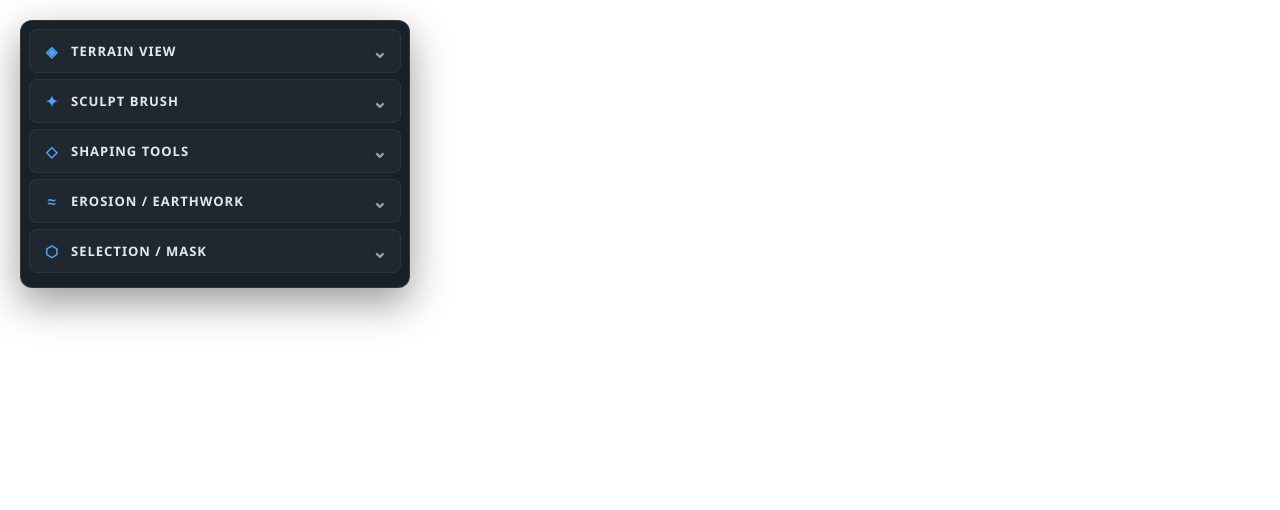
Repository: Harsimar8/tool
Page: index.html
An editor plug-in stored every save of this project. The page is shown before and after the next save, followed by the edit.
The browser window is 1280 px wide. The pictures show the whole page.
After loading, the first visible `div.section-title` was clicked once.

Above is the page before, as saved 2026-08-17 15:48:19.
Console error: TypeError: Cannot read properties of null (reading 'addEventListener')

### index.html
<!DOCTYPE html>
<html lang="en">

<head>
    <meta charset="UTF-8">
    <meta name="viewport" content="width=device-width, initial-scale=1.0">

    <title>Terrain Controls</title>

    <link rel="stylesheet" href="style.css">
</head>

<body>

    <!-- =========================================
         TERRAIN CONTROL PANEL
    ========================================== -->

    <aside class="terrain-panel">

        <div id="panelContent">


            <!-- =========================================
                 TERRAIN VIEW
            ========================================== -->

            <section class="control-section">

                <div
                    class="section-title"
                    onclick="toggleSection(this)"
                >

                    <div class="section-title-left">

                        <span class="section-icon">◈</span>

                        <span>TERRAIN VIEW</span>

                    </div>

                    <span class="arrow">⌄</span>

                </div>


                <div class="section-content">

                    <div class="button-grid">

                        <button class="control-btn">
                            <span>Exaggerate</span>
                            <strong>1.0×</strong>
                        </button>

                        <button class="control-btn">
                            Elevation colours
                        </button>

                        <button class="control-btn">
                            Slope shading
                        </button>

                        <button class="control-btn">
                            Contours
                        </button>

                        <button class="control-btn">
                            Water level
                        </button>

                    </div>

                </div>

            </section>


            <!-- =========================================
                 SCULPT BRUSH
            ========================================== -->

            <section class="control-section">

                <div
                    class="section-title"
                    onclick="toggleSection(this)"
                >

                    <div class="section-title-left">

                        <span class="section-icon">✦</span>

                        <span>SCULPT BRUSH</span>

                    </div>

                    <span class="arrow">⌄</span>

                </div>


                <div class="section-content">


                    <div class="button-grid">

                        <button class="control-btn">
                            Modify terrain
                        </button>

                        <button class="control-btn active">
                            Brush: RAISE
                        </button>

                    </div>


                    <!-- Radius -->

                    <div class="control-row">

                        <div class="control-label">

                            <span>Radius</span>

                            <strong id="radiusValue">
                                1500 m
                            </strong>

                        </div>

                        <div class="stepper">

                            <button onclick="changeRadius(-100)">
                                −
                            </button>

                            <button onclick="changeRadius(100)">
                                +
                            </button>

                        </div>

                    </div>


                    <!-- Power -->

                    <div class="control-row">

                        <div class="control-label">

                            <span>Power</span>

                            <strong id="powerValue">
                                2.0 m
                            </strong>

                        </div>

                        <div class="stepper">

                            <button onclick="changePower(-0.5)">
                                −
                            </button>

                            <button onclick="changePower(0.5)">
                                +
                            </button>

                        </div>

                    </div>


                    <!-- Max Height -->

                    <div class="control-row">

                        <div class="control-label">

                            <span>Max ht</span>

                            <strong id="maxHeightValue">
                                499 m
                            </strong>

                        </div>

                        <div class="stepper">

                            <button onclick="changeMaxHeight(-1)">
                                −
                            </button>

                            <button onclick="changeMaxHeight(1)">
                                +
                            </button>

                        </div>

                    </div>


                    <!-- Undo / Redo -->

                    <div class="button-grid">

                        <button class="control-btn">
                            ↶ &nbsp; Undo
                        </button>

                        <button class="control-btn">
                            ↷ &nbsp; Redo
                        </button>

                        <button class="control-btn danger">
                            Reset
                        </button>

                    </div>

                </div>

            </section>


            <!-- =========================================
                 SHAPING TOOLS
            ========================================== -->

            <section class="control-section">

                <div
                    class="section-title"
                    onclick="toggleSection(this)"
                >

                    <div class="section-title-left">

                        <span class="section-icon">◇</span>

                        <span>SHAPING TOOLS</span>

                    </div>

                    <span class="arrow">⌄</span>

                </div>


                <div class="section-content">


                    <div class="button-grid">

                        <button class="control-btn">
                            Grade path: ROAD
                        </button>

                        <button class="control-btn">
                            Grade flatten
                        </button>

                    </div>


                    <!-- Path Width -->

                    <div class="input-control">

                        <label>
                            Path width (m)
                        </label>

                        <div class="input-stepper">

                            <input
                                type="number"
                                id="pathWidth"
                                value="500"
                            >

                            <button
                                onclick="changeInput('pathWidth', -10)"
                            >
                                −
                            </button>

                            <button
                                onclick="changeInput('pathWidth', 10)"
                            >
                                +
                            </button>

                        </div>

                    </div>


                    <!-- Dig Depth -->

                    <div class="input-control">

                        <label>
                            Dig depth (m, +down)
                        </label>

                        <div class="input-stepper">

                            <input
                                type="number"
                                id="digDepth"
                                value="0"
                            >

                            <button
                                onclick="changeInput('digDepth', -1)"
                            >
                                −
                            </button>

                            <button
                                onclick="changeInput('digDepth', 1)"
                            >
                                +
                            </button>

                        </div>

                    </div>


                    <div class="button-grid">

                        <button class="control-btn">
                            Stamp: DOME
                        </button>

                        <button class="control-btn">
                            Cross-section
                        </button>

                        <button class="control-btn">
                            Region offset
                        </button>

                        <button class="control-btn">
                            Rgn up
                        </button>

                        <button class="control-btn">
                            Rgn dn
                        </button>

                    </div>

                </div>

            </section>


            <!-- =========================================
                 EROSION / EARTHWORK
            ========================================== -->

            <section class="control-section">

                <div
                    class="section-title"
                    onclick="toggleSection(this)"
                >

                    <div class="section-title-left">

                        <span class="section-icon">≈</span>

                        <span>EROSION / EARTHWORK</span>

                    </div>

                    <span class="arrow">⌄</span>

                </div>


                <div class="section-content">

                    <div class="button-grid">

                        <button class="control-btn">
                            Erode (water)
                        </button>

                        <button class="control-btn">
                            Talus
                        </button>

                        <button class="control-btn">
                            Balance cut/fill
                        </button>

                    </div>

                </div>

            </section>


            <!-- =========================================
                 SELECTION / MASK
            ========================================== -->

            <section class="control-section">

                <div
                    class="section-title"
                    onclick="toggleSection(this)"
                >

                    <div class="section-title-left">

                        <span class="section-icon">⬡</span>

                        <span>SELECTION / MASK</span>

                    </div>

                    <span class="arrow">⌄</span>

                </div>


                <div class="section-content">

                    <div class="button-grid">

                        <button class="control-btn">
                            Polygon select
                        </button>

                        <button
                            class="control-btn mask-btn"
                            id="maskButton"
                            onclick="toggleMask(event)"
                        >
                            Mask: OFF
                        </button>

                    </div>

                </div>

            </section>


        </div>

    </aside>


    <script src="script.js"></script>

</body>

</html>

### style.css
* {
    box-sizing: border-box;
    margin: 0;
    padding: 0;
}


:root {

    --panel-bg: rgba(15, 23, 32, 0.96);

    --section-bg: rgba(255, 255, 255, 0.035);

    --button-bg: rgba(255, 255, 255, 0.075);

    --button-hover: rgba(255, 255, 255, 0.14);

    --border: rgba(255, 255, 255, 0.10);

    --accent: #4da3ff;

    --text: #f1f5f9;

    --muted: #94a3b8;
}


/* =========================================
   PAGE
========================================= */

body {

    width: 100%;
    height: 100vh;

    overflow: hidden;

    font-family:
        "Segoe UI",
        Arial,
        sans-serif;

    color: var(--text);

    background: transparent;
}


/* =========================================
   TERRAIN PANEL
========================================= */

.terrain-panel {

    position: absolute;

    left: 20px;
    top: 20px;

    width: 390px;

    max-height: calc(100vh - 40px);

    overflow-y: auto;

    padding: 8px;

    background: var(--panel-bg);

    border: 1px solid var(--border);

    border-radius: 12px;

    box-shadow:
        0 15px 40px rgba(0, 0, 0, 0.40);

    backdrop-filter: blur(12px);

    -webkit-backdrop-filter: blur(12px);

    scrollbar-width: thin;
}


/* =========================================
   SCROLLBAR
========================================= */

.terrain-panel::-webkit-scrollbar {
    width: 5px;
}

.terrain-panel::-webkit-scrollbar-thumb {

    background: rgba(255, 255, 255, 0.20);

    border-radius: 10px;
}


/* =========================================
   SECTION
========================================= */

.control-section {

    margin-bottom: 6px;

    background: var(--section-bg);

    border: 1px solid rgba(255,255,255,0.055);

    border-radius: 8px;

    overflow: hidden;
}


/* =========================================
   SECTION HEADER
========================================= */

.section-title {

    display: flex;

    align-items: center;

    justify-content: space-between;

    width: 100%;

    min-height: 42px;

    padding: 10px 12px;

    cursor: pointer;

    user-select: none;

    font-size: 13px;

    font-weight: 700;

    letter-spacing: 1px;

    color: #e2e8f0;

    transition:
        background 0.18s ease,
        color 0.18s ease;
}


.section-title:hover {

    background: rgba(255,255,255,0.07);

    color: white;
}


.section-title-left {

    display: flex;

    align-items: center;

    gap: 9px;
}


.section-icon {

    display: flex;

    align-items: center;

    justify-content: center;

    width: 20px;

    color: var(--accent);

    font-size: 15px;
}


/* =========================================
   ARROW
========================================= */

.arrow {

    color: #94a3b8;

    font-size: 18px;

    line-height: 1;

    transition:
        transform 0.25s ease,
        color 0.2s ease;
}


.control-section.open .arrow {

    transform: rotate(180deg);

    color: var(--accent);
}


/* =========================================
   DROPDOWN CONTENT
========================================= */

.section-content {

    display: none;

    padding: 0 10px 10px 10px;

    animation: dropdown 0.2s ease;
}


.control-section.open .section-content {

    display: block;
}


@keyframes dropdown {

    from {

        opacity: 0;

        transform: translateY(-5px);
    }

    to {

        opacity: 1;

        transform: translateY(0);
    }
}


/* =========================================
   BUTTON GRID
========================================= */

.button-grid {

    display: grid;

    grid-template-columns: 1fr 1fr;

    gap: 7px;

    margin-bottom: 7px;
}


/* =========================================
   BUTTON
========================================= */

.control-btn {

    min-height: 38px;

    padding: 8px 10px;

    border: 1px solid rgba(255,255,255,0.09);

    border-radius: 7px;

    background: var(--button-bg);

    color: #e5e7eb;

    font-size: 13px;

    font-weight: 500;

    cursor: pointer;

    transition:
        background 0.18s ease,
        border 0.18s ease,
        transform 0.12s ease;
}


.control-btn:hover {

    background: var(--button-hover);

    border-color: rgba(77,163,255,0.45);

    color: white;

    transform: translateY(-1px);
}


.control-btn:active {

    transform: translateY(1px);
}


/* =========================================
   ACTIVE BUTTON
========================================= */

.control-btn.active {

    background:
        linear-gradient(
            135deg,
            rgba(77,163,255,0.28),
            rgba(77,163,255,0.10)
        );

    border-color: rgba(77,163,255,0.55);

    color: #73b7ff;
}


/* =========================================
   DANGER
========================================= */

.control-btn.danger:hover {

    background: rgba(239,68,68,0.16);

    border-color: rgba(239,68,68,0.45);

    color: #fecaca;
}


/* =========================================
   CONTROL ROW
========================================= */

.control-row {

    display: flex;

    align-items: center;

    justify-content: space-between;

    min-height: 42px;

    margin-bottom: 6px;

    padding: 7px 8px;

    background: rgba(0,0,0,0.15);

    border-radius: 7px;
}


.control-label {

    display: flex;

    flex-direction: column;

    gap: 2px;

    font-size: 12px;

    color: var(--muted);
}


.control-label strong {

    font-size: 13px;

    color: white;
}


/* =========================================
   STEPPER
========================================= */

.stepper {

    display: flex;

    gap: 5px;
}


.stepper button {

    width: 34px;

    height: 32px;

    border: 1px solid rgba(255,255,255,0.10);

    border-radius: 6px;

    background: rgba(255,255,255,0.08);

    color: white;

    font-size: 17px;

    cursor: pointer;

    transition: 0.15s;
}


.stepper button:hover {

    background: var(--accent);

    border-color: var(--accent);
}


/* =========================================
   INPUT
========================================= */

.input-control {

    margin-bottom: 8px;
}


.input-control label {

    display: block;

    margin-bottom: 5px;

    font-size: 11px;

    font-weight: 600;

    color: var(--muted);
}


.input-stepper {

    display: grid;

    grid-template-columns: 1fr 38px 38px;

    gap: 5px;
}


.input-stepper input {

    width: 100%;

    min-height: 36px;

    padding: 7px 10px;

    border: 1px solid rgba(255,255,255,0.10);

    border-radius: 6px;

    outline: none;

    background: rgba(0,0,0,0.25);

    color: white;

    font-size: 13px;
}


.input-stepper input:focus {

    border-color: var(--accent);
}


.input-stepper button {

    border: 1px solid rgba(255,255,255,0.10);

    border-radius: 6px;

    background: rgba(255,255,255,0.08);

    color: white;

    font-size: 17px;

    cursor: pointer;
}


.input-stepper button:hover {

    background: var(--accent);

    border-color: var(--accent);
}


/* =========================================
   MASK
========================================= */

.mask-btn.mask-on {

    background: rgba(34,197,94,0.16);

    border-color: rgba(34,197,94,0.5);

    color: #86efac;
}


/* =========================================
   MOBILE
========================================= */

@media (max-width: 600px) {

    .terrain-panel {

        left: 10px;
        right: 10px;

        top: 10px;

        width: auto;

        max-height: calc(100vh - 20px);
    }

}

### script.js
/* =========================================
   TERRAIN CONTROL STATE
========================================= */

let radius = 1500;
let power = 2.0;
let maxHeight = 499;


/* =========================================
   RADIUS
========================================= */

function changeRadius(amount) {

    radius += amount;

    if (radius < 100) {
        radius = 100;
    }

    if (radius > 10000) {
        radius = 10000;
    }

    document.getElementById("radiusValue").textContent =
        radius + " m";

    console.log("Radius:", radius);
}


/* =========================================
   POWER
========================================= */

function changePower(amount) {

    power += amount;

    if (power < 0) {
        power = 0;
    }

    if (power > 100) {
        power = 100;
    }

    power = Math.round(power * 10) / 10;

    document.getElementById("powerValue").textContent =
        power.toFixed(1) + " m";

    console.log("Power:", power);
}


/* =========================================
   MAX HEIGHT
========================================= */

function changeMaxHeight(amount) {

    maxHeight += amount;

    if (maxHeight < 0) {
        maxHeight = 0;
    }

    if (maxHeight > 10000) {
        maxHeight = 10000;
    }

    document.getElementById("maxHeightValue").textContent =
        maxHeight + " m";

    console.log("Max height:", maxHeight);
}


/* =========================================
   GENERIC INPUT STEPPER
========================================= */

function changeInput(id, amount) {

    const input = document.getElementById(id);

    let value = Number(input.value);

    value += amount;

    if (value < 0) {
        value = 0;
    }

    input.value = value;

    console.log(id, value);
}


/* =========================================
   MASK
========================================= */

function toggleMask() {

    const button = document.getElementById("maskButton");

    const isOn = button.dataset.enabled === "true";

    if (isOn) {

        button.dataset.enabled = "false";

        button.textContent = "Mask: OFF";

        button.classList.remove("mask-on");

        console.log("Mask OFF");

    } else {

        button.dataset.enabled = "true";

        button.textContent = "Mask: ON";

        button.classList.add("mask-on");

        console.log("Mask ON");
    }
}


/* =========================================
   COLLAPSE PANEL
========================================= */

const collapseBtn =
    document.getElementById("collapseBtn");

const panelContent =
    document.getElementById("panelContent");


collapseBtn.addEventListener("click", () => {

    const collapsed =
        panelContent.style.display === "none";

    if (collapsed) {

        panelContent.style.display = "block";

        collapseBtn.textContent = "−";

    } else {

        panelContent.style.display = "none";

        collapseBtn.textContent = "+";
    }

});


/* =========================================
   BUTTON CLICK HANDLING
========================================= */

document.querySelectorAll(".control-btn").forEach(button => {

    button.addEventListener("click", function () {

        const text = this.innerText.trim();

        console.log("Terrain control:", text);

        /*
         * Later you can connect each button
         * directly to your Cesium functions here.
         *
         * Example:
         *
         * if (text === "Elevation colours") {
         *     enableElevationColours();
         * }
         */

    });

});

After the next save:
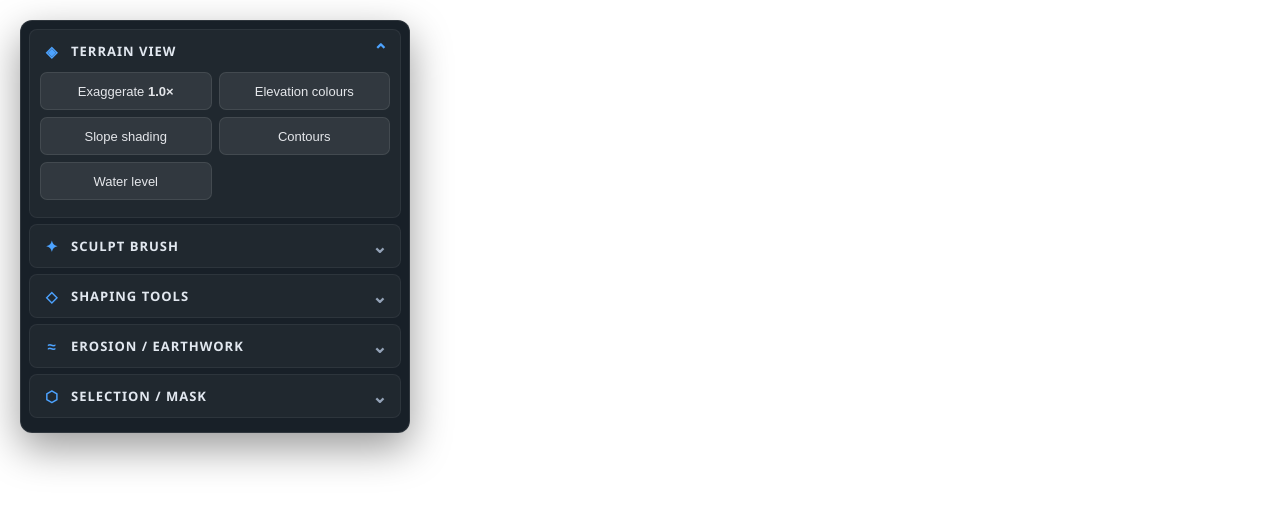
The error is gone.
Saved 23 s later.
--- a/script.js
+++ b/script.js
@@ -1,9 +1,24 @@
 /* =========================================
-   TERRAIN CONTROL STATE
+   COLLAPSIBLE SECTIONS
+========================================= */
+
+function toggleSection(header) {
+
+    const section = header.parentElement;
+
+    section.classList.toggle("open");
+
+}
+
+
+/* =========================================
+   TERRAIN VALUES
 ========================================= */
 
 let radius = 1500;
+
 let power = 2.0;
+
 let maxHeight = 499;
 
 
@@ -26,7 +41,6 @@ function changeRadius(amount) {
     document.getElementById("radiusValue").textContent =
         radius + " m";
 
-    console.log("Radius:", radius);
 }
 
 
@@ -51,7 +65,6 @@ function changePower(amount) {
     document.getElementById("powerValue").textContent =
         power.toFixed(1) + " m";
 
-    console.log("Power:", power);
 }
 
 
@@ -74,12 +87,11 @@ function changeMaxHeight(amount) {
     document.getElementById("maxHeightValue").textContent =
         maxHeight + " m";
 
-    console.log("Max height:", maxHeight);
 }
 
 
 /* =========================================
-   GENERIC INPUT STEPPER
+   INPUT STEPPER
 ========================================= */
 
 function changeInput(id, amount) {
@@ -96,7 +108,6 @@ function changeInput(id, amount) {
 
     input.value = value;
 
-    console.log(id, value);
 }
 
 
@@ -104,11 +115,25 @@ function changeInput(id, amount) {
    MASK
 ========================================= */
 
-function toggleMask() {
+function toggleMask(event) {
 
-    const button = document.getElementById("maskButton");
+    /*
+       Prevent this click from being treated
+       as a click on the section header.
+    */
 
-    const isOn = button.dataset.enabled === "true";
+    if (event) {
+        event.stopPropagation();
+    }
+
+
+    const button =
+        document.getElementById("maskButton");
+
+
+    const isOn =
+        button.dataset.enabled === "true";
+
 
     if (isOn) {
 
@@ -129,65 +154,7 @@ function toggleMask() {
         button.classList.add("mask-on");
 
         console.log("Mask ON");
-    }
-}
 
-
-/* =========================================
-   COLLAPSE PANEL
-========================================= */
-
-const collapseBtn =
-    document.getElementById("collapseBtn");
-
-const panelContent =
-    document.getElementById("panelContent");
-
-
-collapseBtn.addEventListener("click", () => {
-
-    const collapsed =
-        panelContent.style.display === "none";
-
-    if (collapsed) {
-
-        panelContent.style.display = "block";
-
-        collapseBtn.textContent = "−";
-
-    } else {
-
-        panelContent.style.display = "none";
-
-        collapseBtn.textContent = "+";
     }
 
-});
-
-
-/* =========================================
-   BUTTON CLICK HANDLING
-========================================= */
-
-document.querySelectorAll(".control-btn").forEach(button => {
-
-    button.addEventListener("click", function () {
-
-        const text = this.innerText.trim();
-
-        console.log("Terrain control:", text);
-
-        /*
-         * Later you can connect each button
-         * directly to your Cesium functions here.
-         *
-         * Example:
-         *
-         * if (text === "Elevation colours") {
-         *     enableElevationColours();
-         * }
-         */
-
-    });
-
-});
+}
